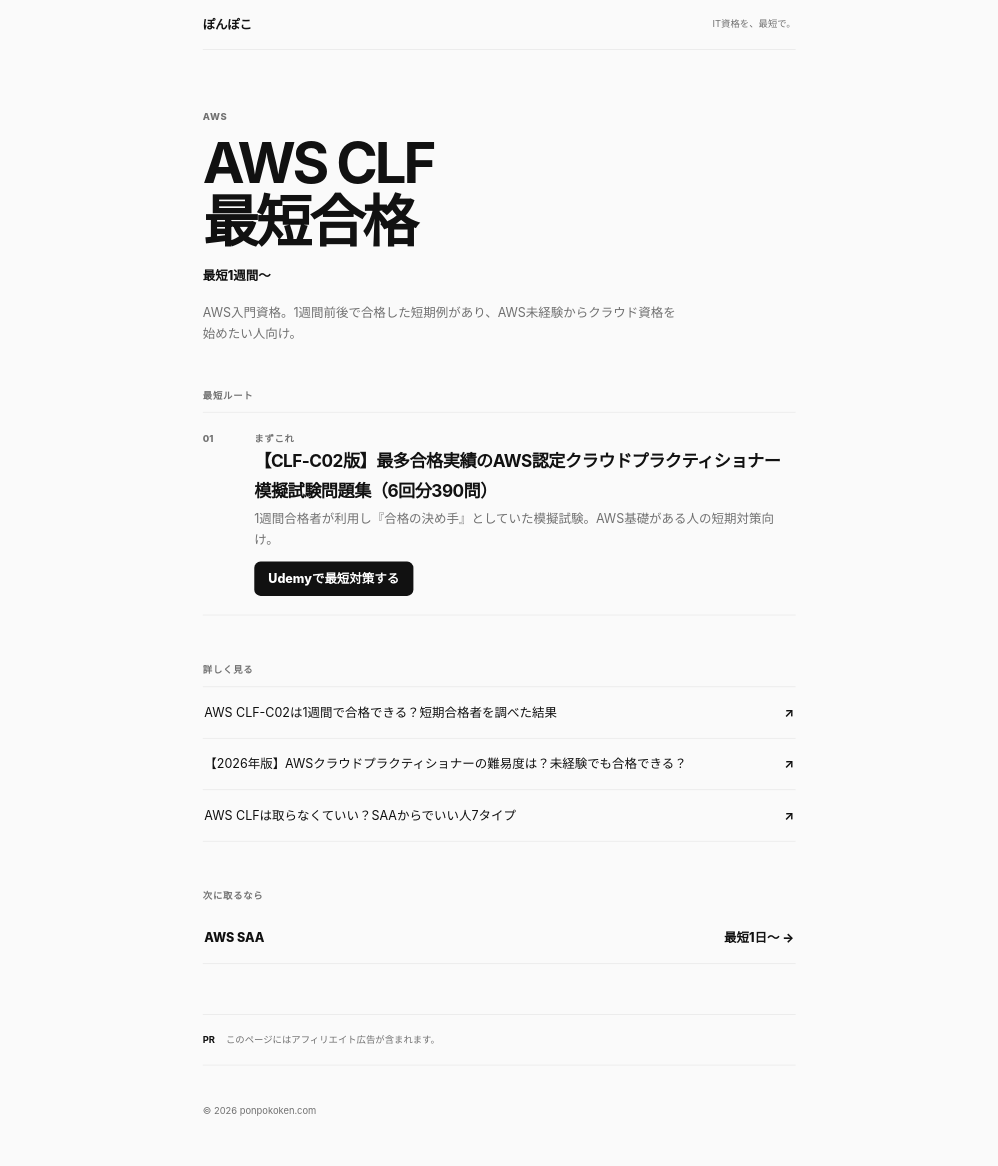
Repository: YUI012/ponpokoken
Page: /aws-clf
These files come from the project's save history. The page is drawn as it stood at one moment and after the next save; the edit follows.
The browser window is 1280 px wide. The pictures show the whole page, at 78% of full size.
The project was rebuilt for these pictures with package versions that can differ from the ones it lists, and the page was loaded fresh each time. The framework's server and built-in components were replaced by stand-ins that run in the browser. Also part of the build but not shown: components/CareerAd.js.

Above is the page before, as saved 2026-09-03 23:06:29.

### app/layout.js
import "./globals.css";

export const metadata = {
  title: "ぽんぽこ｜IT資格を最短で",
  description: "IT資格ごとの最短合格ルート、教材、問題演習、検証記事をまとめた資格ナビ"
};

export default function RootLayout({ children }) {
  return (
    <html lang="ja">
      <body>{children}</body>
    </html>
  );
}

### app/[slug]/page.js
import { notFound } from "next/navigation";
import Header from "../../components/Header";
import ProductButton from "../../components/ProductButton";
import CareerAd from "../../components/CareerAd";
import { certBySlug, certifications } from "../../data/certifications";
import { products } from "../../data/products";
import { articles } from "../../data/articles";

export function generateStaticParams() {
  return certifications.filter((cert) => cert.enabled).map((cert) => ({ slug: cert.slug }));
}

export default async function CertificationPage({ params }) {
  const { slug } = await params;
  const cert = certBySlug[slug];
  if (!cert || !cert.enabled) return notFound();

  return (
    <main>
      <Header />
      <section className="hero compact shell">
        <p className="overline">{cert.category}</p>
        <h1>{cert.name}<br />最短合格</h1>
        <p className="shortest">{cert.shortest}</p>
        <p className="heroText">{cert.summary}</p>
      </section>

      <section className="shell routeSection">
        <p className="sectionTitle">最短ルート</p>
        <div className="steps">
          {cert.steps.length === 0 && (
            <div className="empty">教材・詳細を追加するだけで、このページに自動表示されます。</div>
          )}
          {cert.steps.map((step, index) => {
            if (step.type === "product") {
              const product = products[step.productId];
              return (
                <article className="step" key={`${step.productId}-${index}`}>
                  <span className="stepNo">{String(index + 1).padStart(2, "0")}</span>
                  <div>
                    <p className="label">{step.title}</p>
                    <h2>{product?.name}</h2>
                    <p>{product?.reason}</p>
                    <ProductButton product={product} />
                  </div>
                </article>
              );
            }

            return (
              <article className="step" key={`${step.name}-${index}`}>
                <span className="stepNo">{String(index + 1).padStart(2, "0")}</span>
                <div>
                  <p className="label">{step.title}</p>
                  <h2>{step.name}</h2>
                  <p>{step.description}</p>
                </div>
              </article>
            );
          })}
        </div>
      </section>

      {cert.articleIds.length > 0 && (
        <section className="shell detailSection">
          <p className="sectionTitle">詳しく見る</p>
          <div className="articleList">
            {cert.articleIds.map((id) => {
              const article = articles[id];
              if (!article) return null;
              return (
                <a href={article.url} className="articleRow" target="_blank" rel="noreferrer" key={id}>
                  <span>{article.title}</span><b>↗</b>
                </a>
              );
            })}
          </div>
        </section>
      )}

      {cert.nextCerts.length > 0 && (
        <section className="shell nextSection">
          <p className="sectionTitle">次に取るなら</p>
          {cert.nextCerts.map((nextSlug) => {
            const next = certBySlug[nextSlug];
            if (!next) return null;
            return (
              <a className="nextRow" href={`/${next.slug}`} key={next.slug}>
                <span>{next.name}</span><span>{next.shortest} →</span>
              </a>
            );
          })}
        </section>
      )}

      {cert.showCareerAd && <div className="shell"><CareerAd /></div>}

      <section className="shell disclosure">
        <strong>PR</strong>
        <p>このページにはアフィリエイト広告が含まれます。</p>
      </section>

      <footer className="footer shell">© 2026 ponpokoken.com</footer>
    </main>
  );
}

### app/globals.css
:root {
  --bg: #fafafa;
  --text: #111;
  --muted: #717171;
  --line: #e8e8e8;
  --surface: #fff;
}

* { box-sizing: border-box; }
html { scroll-behavior: smooth; }
body {
  margin: 0;
  background: var(--bg);
  color: var(--text);
  font-family: -apple-system, BlinkMacSystemFont, "Segoe UI", "Noto Sans JP", sans-serif;
  line-height: 1.7;
}
a { color: inherit; text-decoration: none; }
.shell { width: min(760px, calc(100% - 28px)); margin: 0 auto; }
.header {
  width: min(760px, calc(100% - 28px));
  margin: 0 auto;
  display: flex;
  justify-content: space-between;
  align-items: center;
  padding: 18px 0;
  border-bottom: 1px solid var(--line);
}
.brand { font-weight: 800; letter-spacing: -0.02em; }
.tagline { color: var(--muted); font-size: 12px; }
.hero { padding: 76px 0 42px; }
.hero.compact { padding-bottom: 26px; }
.overline, .label, .sectionTitle {
  margin: 0 0 10px;
  font-size: 12px;
  font-weight: 800;
  letter-spacing: .08em;
  color: var(--muted);
}
h1 {
  margin: 0;
  font-size: clamp(44px, 10vw, 72px);
  line-height: 1.05;
  letter-spacing: -0.055em;
}
h2 { margin: 0 0 4px; font-size: 22px; letter-spacing: -0.03em; }
p { margin-top: 0; }
.heroText { max-width: 620px; margin: 20px 0 0; color: var(--muted); }
.shortest { display: inline-block; margin: 18px 0 0; font-weight: 800; }
.back { display: inline-block; margin-bottom: 28px; color: var(--muted); font-size: 13px; }
.listSection, .routeSection, .detailSection, .nextSection { padding: 30px 0; }
.certList { border-top: 1px solid var(--line); }
.certRow, .articleRow, .nextRow {
  display: flex;
  justify-content: space-between;
  align-items: center;
  gap: 20px;
  padding: 19px 2px;
  border-bottom: 1px solid var(--line);
  background: transparent;
}
.certRow strong { display: block; font-size: 20px; }
.certRow div > span { display: block; font-size: 12px; color: var(--muted); }
.rightMeta { display: flex; align-items: center; gap: 18px; text-align: right; }
.rightMeta span { color: var(--text) !important; font-size: 13px !important; font-weight: 700; }
.noteBlock, .careerAd, .disclosure {
  margin-top: 34px;
  padding: 22px 0;
  border-top: 1px solid var(--line);
  border-bottom: 1px solid var(--line);
}
.noteBlock p:last-child, .disclosure p { color: var(--muted); margin-bottom: 0; }
.steps { border-top: 1px solid var(--line); }
.step {
  display: grid;
  grid-template-columns: 48px 1fr;
  gap: 18px;
  padding: 24px 0;
  border-bottom: 1px solid var(--line);
}
.stepNo { font-size: 12px; font-weight: 800; color: var(--muted); }
.step p { color: var(--muted); margin-bottom: 0; }
.buyButton {
  display: inline-flex;
  margin-top: 14px;
  min-height: 44px;
  align-items: center;
  justify-content: center;
  padding: 0 18px;
  background: #111;
  color: #fff;
  border-radius: 8px;
  font-weight: 800;
}
.articleList { border-top: 1px solid var(--line); }
.articleRow span { max-width: 90%; }
.nextRow { font-weight: 800; }
.adSlot {
  display: grid;
  gap: 4px;
  margin-top: 14px;
  min-height: 96px;
  place-content: center;
  text-align: center;
  border: 1px dashed #bbb;
  color: var(--muted);
  padding: 18px;
}
.adSlot strong { color: var(--text); }
.empty { padding: 24px 0; color: var(--muted); border-bottom: 1px solid var(--line); }
.disclosure { display: flex; gap: 14px; font-size: 12px; }
.disclosure strong { flex: 0 0 auto; }
.footer { padding: 48px 0 60px; color: var(--muted); font-size: 12px; }

@media (max-width: 640px) {
  .header { padding: 15px 0; }
  .hero { padding: 52px 0 28px; }
  h1 { font-size: 48px; }
  .tagline { display: none; }
  .certRow { align-items: flex-start; }
  .rightMeta { gap: 10px; }
  .step { grid-template-columns: 34px 1fr; gap: 10px; }
  .buyButton { width: 100%; }
}

### components/Header.js
export default function Header() {
  return (
    <header className="header">
      <a className="brand" href="/">ぽんぽこ</a>
      <span className="tagline">IT資格を、最短で。</span>
    </header>
  );
}

### components/ProductButton.js
export default function ProductButton({ product }) {
  if (!product) return null;
  return (
    <a className="buyButton" href={product.url} rel="sponsored nofollow">
      {product.label}
    </a>
  );
}

### data/certifications.js
export const certifications = [
  {
    slug: "lpic",
    name: "LPIC-1",
    category: "Linux",
    shortest: "最短2週間〜",

    summary:
      "LPIC-1は101・102の2試験。短期合格例では約2週間で両方取得したケースがあります。",

    steps: [
      {
        type: "product",
        productId: "lpic101-udemy",
        title: "まず101"
      },
    ],

    articleIds: [
      "lpic-2weeks",
      "lpic-vs-ccna",
      "lpic-vs-saa"
    ],

    nextCerts: ["ccna", "aws-saa"],

    showCareerAd: true,
    enabled: true
  },

  {
    slug: "ccna",
    name: "CCNA",
    category: "Network",
    shortest: "最短10日〜",

    summary:
      "CCNAは10日で合格した短期例あり。基礎を一気に学び、問題演習とシミュレーション対策で仕上げる。",

    steps: [
      {
        type: "product",
        productId: "ccna-udemy",
        title: "まずこれ"
      }
    ],

    articleIds: [
      "ccna-10days",
      "ccna-udemy",
      "ccna-simulation"
    ],

    nextCerts: ["aws-saa"],

    showCareerAd: true,
    enabled: true
  },

  {
    slug: "aws-clf",
    name: "AWS CLF",
    category: "AWS",
    shortest: "最短1週間〜",

    summary:
      "AWS入門資格。1週間前後で合格した短期例があり、AWS未経験からクラウド資格を始めたい人向け。",

    steps: [
      {
        type: "product",
        productId: "clf-udemy",
        title: "まずこれ"
      }
    ],

    articleIds: [
      "aws-clf-1week",
      "aws-clf-difficulty",
      "aws-clf-skip"
    ],

    nextCerts: ["aws-saa"],

    showCareerAd: false,
    enabled: true
  },

  {
    slug: "aws-saa",
    name: "AWS SAA",
    category: "AWS",
    shortest: "最短1日〜",

    summary:
      "AWS経験者では1日から数日で合格した短期例あり。基礎理解後は模擬試験を中心に仕上げる。",

    steps: [
      {
        type: "product",
        productId: "saa-udemy",
        title: "まずこれ"
      }
    ],

    articleIds: [
      "aws-saa-1day",
      "aws-saa-udemy",
      "aws-saa-mock-score"
    ],

    nextCerts: ["aws-ai"],

    showCareerAd: true,
    enabled: true
  },

  {
    slug: "aws-ai",
    name: "AWS AI Practitioner",
    category: "AWS / AI",
    shortest: "最短10時間〜",

    summary:
      "AWSのAI入門資格。短期合格例では10時間前後。Udemyと模擬試験を使って効率よく仕上げる。",

    steps: [
      {
        type: "product",
        productId: "aws-ai-udemy",
        title: "まずこれ"
      }
    ],

    articleIds: [
      "aws-ai-10hours",
      "aws-ai-udemy-shortest",
      "aws-ai-mock-score"
    ],

    nextCerts: ["aws-saa"],

    showCareerAd: false,
    enabled: true
  },

  {
    slug: "ai-900",
    name: "AI-900",
    category: "Azure / AI",
    shortest: "最短10時間〜",

    summary:
      "MicrosoftのAI入門資格。AI・機械学習の基礎を短時間で理解して資格取得したい人向け。",

    steps: [
      {
        type: "product",
        productId: "ai900-udemy",
        title: "まずこれ"
      }
    ],

    articleIds: [
      "ai900-10hours",
      "ai900-related-az900",
      "ai900-related-sc900"
    ],

    nextCerts: ["az-900", "sc-900"],

    showCareerAd: false,
    enabled: true
  },

  {
    slug: "az-900",
    name: "AZ-900",
    category: "Azure",
    shortest: "最短3時間〜",

    summary:
      "Azure入門資格。IT・クラウド経験者では3時間まで圧縮した短期合格例があります。",

    steps: [
      {
        type: "product",
        productId: "az900-udemy",
        title: "まずこれ"
      }
    ],

    articleIds: [
      "az900-3hours",
      "az900-udemy",
      "az900-related-sc900"
    ],

    nextCerts: ["ai-900", "sc-900"],

    showCareerAd: false,
    enabled: true
  },

  {
    slug: "sc-900",
    name: "SC-900",
    category: "Security",
    shortest: "最短3時間〜",

    summary:
      "Microsoftのセキュリティ入門資格。基礎知識がある人なら短時間での取得も狙いやすい。",

    steps: [
      {
        type: "product",
        productId: "sc900-udemy",
        title: "まずこれ"
      }
    ],

    articleIds: [
      "sc900-3hours",
      "sc900-related-az900",
      "sc900-related-ai900"
    ],

    nextCerts: ["az-900"],

    showCareerAd: false,
    enabled: true
  },

  {
    slug: "generative-ai-passport",
    name: "生成AIパスポート",
    category: "AI",
    shortest: "最短20時間〜",

    summary:
      "生成AIの基礎・活用・リスクを学ぶ入門資格。20時間前後で合格した短期例を参考に進める。",

    steps: [
      {
        type: "product",
        productId: "generative-ai-passport-udemy",
        title: "まずこれ"
      }
    ],

    articleIds: [
      "generative-ai-passport-20hours",
      "generative-ai-passport-udemy",
      "generative-ai-passport-chatgpt"
    ],

    nextCerts: ["aws-ai", "ai-900"],

    showCareerAd: false,
    enabled: true
  },

  {
    slug: "linuc-level1",
    name: "LinuC Level1",
    category: "Linux",
    shortest: "最短1〜2週間〜",

    summary:
      "LinuC Level1は101・102の2試験。1つの教材で両試験をまとめて進めたい人向け。",

    steps: [
      {
        type: "product",
        productId: "linuc-udemy",
        title: "101・102をまとめて"
      }
    ],

    articleIds: [
      "linuc-udemy",
      "lpic-vs-linuc",
      "lpic-2weeks"
    ],

    nextCerts: ["lpic", "aws-saa"],

    showCareerAd: false,
    enabled: true
  }
];

export const certBySlug = Object.fromEntries(
  certifications.map((cert) => [cert.slug, cert])
);

### data/products.js
export const products = {
  "lpic-udemy": {
    name: "【LPIC1】Level1 (101-500/102-500)模擬試験問題集",
    type: "udemy",
    url: "https://trk.udemy.com/qWObx5",
    label: "Udemyで最短対策する",
    reason:
      "101・102を1本で対策できる模擬試験。短期間でLPIC-1を仕上げたい人向け。"
  },

  "ccna-udemy": {
    name: "【超絶入門】CCNA対策 Packet Tracerで学ぶ ハンズオン講座",
    type: "udemy",
    url: "https://trk.udemy.com/9VrKyy",
    label: "Udemyで最短対策する",
    reason:
      "短期合格者にもPacket Tracer講座の利用例あり。約4時間でコマンド操作を重点的に対策できる。"
  },

  "saa-udemy": {
    name: "【SAA-C03版】AWS認定ソリューションアーキテクト アソシエイト模擬試験問題集（6回分390問）",
    type: "udemy",
    url: "https://trk.udemy.com/MKENqP",
    label: "Udemyで最短対策する",
    reason:
      "1日半・5日の短期合格例で使われていた模擬試験。AWS基礎がある人の短期仕上げ向け。"
  },

  "az900-udemy": {
    name: "【2026年版】AZ-900 Microsoft Azure Fundamentals模擬試験問題集（6回分420問）",
    type: "udemy",
    url: "https://trk.udemy.com/vDmZqj",
    label: "Udemyで最短対策する",
    reason:
      "短期合格者でUdemy模試の利用例あり。インプットより問題演習を中心に進めたい人向け。"
  },

  "linuc-udemy": {
    name: "【ウズカレ式】『LinuC最短合格講義』の著者直伝！1週間でLPIC・LinuC（101+102）の全てを学べる講座",
    type: "udemy",
    url: "https://trk.udemy.com/6kzgJQ",
    label: "Udemyで最短対策する",
    reason:
      "101・102を約19時間の1講座に集約。LinuC Level1を1本で進めたい人向け。"
  },

  "clf-udemy": {
    name: "【CLF-C02版】最多合格実績のAWS認定クラウドプラクティショナー模擬試験問題集（6回分390問）",
    type: "udemy",
    url: "https://trk.udemy.com/MKW6ro",
    label: "Udemyで最短対策する",
    reason:
      "1週間合格者が利用し『合格の決め手』としていた模擬試験。AWS基礎がある人の短期対策向け。"
  }
};

### data/articles.js
export const articles = {
  // =========================
  // LPIC-1
  // =========================

  "lpic-2weeks": {
    title: "LPIC-1は2週間で取れる？短期合格者を調べた結果",
    url: "https://note.com/ponpoko_0803/n/n7b63485649b3"
  },

  "lpic-vs-ccna": {
    title: "CCNAとLPIC、先に取るならどっち？",
    url: "https://note.com/ponpoko_0803/n/n27e16822d8a9"
  },

  "lpic-vs-saa": {
    title: "LPICとAWS SAA、先に取るならどっち？",
    url: "https://note.com/ponpoko_0803/n/n2836d429eb46"
  },


  // =========================
  // CCNA
  // =========================

  "ccna-10days": {
    title: "CCNAは10日で合格できる？短期合格者を調べた結果",
    url: "https://note.com/ponpoko_0803/n/nf6448d3149d5"
  },

  "ccna-udemy": {
    title: "【2026年版】CCNA対策におすすめのUdemy講座3選｜料金・問題数・動画時間を比較",
    url: "https://note.com/ponpoko_0803/n/n199789af17e7"
  },

  "ccna-simulation": {
    title: "【2026年版】CCNAのシミュレーション問題を捨てても合格できる？",
    url: "https://note.com/ponpoko_0803/n/n8e91f43faf17"
  },


  // =========================
  // AWS CLF
  // =========================

  "aws-clf-1week": {
    title: "AWS CLF-C02は1週間で合格できる？短期合格者を調べた結果",
    url: "https://note.com/ponpoko_0803/n/n22025aeda527"
  },

  "aws-clf-difficulty": {
    title: "【2026年版】AWSクラウドプラクティショナーの難易度は？未経験でも合格できる？",
    url: "https://note.com/ponpoko_0803/n/n95eb8a68a307"
  },

  "aws-clf-skip": {
    title: "AWS CLFは取らなくていい？SAAからでいい人7タイプ",
    url: "https://note.com/ponpoko_0803/n/n76fcba903eb3"
  },


  // =========================
  // AWS SAA
  // =========================

  "aws-saa-1day": {
    title: "AWS SAAは1日で合格できる？短期合格者を調べた結果",
    url: "https://note.com/ponpoko_0803/n/nd41e8ce4ddc5"
  },

  "aws-saa-udemy": {
    title: "【2026年版】AWS SAA対策におすすめのUdemy講座5選",
    url: "https://note.com/ponpoko_0803/n/ncc4f3250a71d"
  },

  "aws-saa-mock-score": {
    title: "AWS SAA、模試何点なら受験していい？落ちたら追加2万円",
    url: "https://note.com/ponpoko_0803/n/n49f0f00a178f"
  },


  // =========================
  // AWS AI Practitioner
  // =========================

  "aws-ai-10hours": {
    title: "AWS AI Practitionerは10時間で合格できる？短期合格者を調べた結果",
    url: "https://note.com/ponpoko_0803/n/n39cc167c5ef6"
  },

  "aws-ai-mock-score": {
    title: "【2026年版】AWS AI PractitionerのUdemy模試は何％取れば受けていい？",
    url: "https://note.com/ponpoko_0803/n/n286d9dbbfb7d"
  },

  "aws-ai-udemy-shortest": {
    title: "【2026年版】AWS AI PractitionerはUdemy中心で短期合格できる？3人を比較",
    url: "https://note.com/ponpoko_0803/n/n33e958673949"
  },


  // =========================
  // AI-900
  // =========================

  "ai900-10hours": {
    title: "AI-900は10時間で合格できる？短期合格者を調べた結果",
    url: "https://note.com/ponpoko_0803/n/nf00a96454e0d"
  },

  "ai900-related-az900": {
    title: "AZ-900は3時間で合格できる？短期合格者を調べた結果",
    url: "https://note.com/ponpoko_0803/n/n81fdfb0d57b7"
  },

  "ai900-related-sc900": {
    title: "SC-900は3時間で合格できる？短期合格者を調べた結果",
    url: "https://note.com/ponpoko_0803/n/nd913909be874"
  },


  // =========================
  // AZ-900
  // =========================

  "az900-3hours": {
    title: "AZ-900は3時間で合格できる？短期合格者を調べた結果",
    url: "https://note.com/ponpoko_0803/n/n81fdfb0d57b7"
  },

  "az900-udemy": {
    title: "【2026年版】AZ-900対策におすすめのUdemy講座5選｜Microsoft Azure Fundamentals",
    url: "https://note.com/ponpoko_0803/n/nb52e39f139da"
  },

  "az900-related-sc900": {
    title: "SC-900は3時間で合格できる？短期合格者を調べた結果",
    url: "https://note.com/ponpoko_0803/n/nd913909be874"
  },


  // =========================
  // SC-900
  // =========================

  "sc900-3hours": {
    title: "SC-900は3時間で合格できる？短期合格者を調べた結果",
    url: "https://note.com/ponpoko_0803/n/nd913909be874"
  },

  "sc900-related-az900": {
    title: "AZ-900は3時間で合格できる？短期合格者を調べた結果",
    url: "https://note.com/ponpoko_0803/n/n81fdfb0d57b7"
  },

  "sc900-related-ai900": {
    title: "AI-900は10時間で合格できる？短期合格者を調べた結果",
    url: "https://note.com/ponpoko_0803/n/nf00a96454e0d"
  },


  // =========================
  // 生成AIパスポート
  // =========================

  "generative-ai-passport-20hours": {
    title: "【2026年版】生成AIパスポートは20時間前後で合格できる？短期合格者を比較",
    url: "https://note.com/ponpoko_0803/n/nf470c2200966"
  },

  "generative-ai-passport-udemy": {
    title: "【2026年版】生成AIパスポートのUdemy420問は初回60％でも間に合う？",
    url: "https://note.com/ponpoko_0803/n/n89b1a159dc9c"
  },

  "generative-ai-passport-chatgpt": {
    title: "【2026年版】ChatGPTやGeminiだけで生成AIパスポート対策するのは危険？",
    url: "https://note.com/ponpoko_0803/n/nc8fe80371765"
  }
};

After the next save:
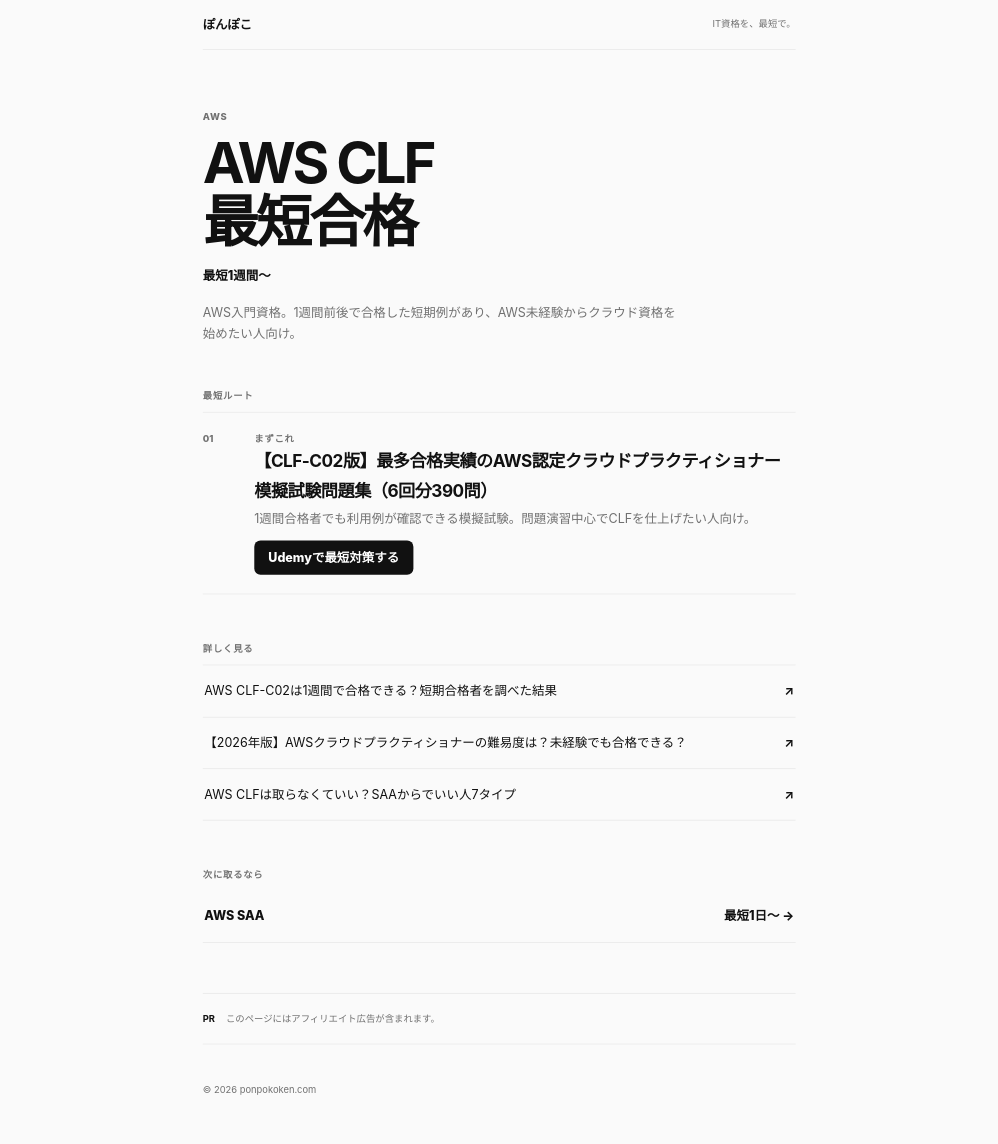
Saved 13 min 55 s later.
--- a/data/products.js
+++ b/data/products.js
@@ -14,7 +14,16 @@
     url: "https://trk.udemy.com/9VrKyy",
     label: "Udemyで最短対策する",
     reason:
-      "短期合格者にもPacket Tracer講座の利用例あり。約4時間でコマンド操作を重点的に対策できる。"
+      "短期合格者でもPacket Tracerを使った学習例あり。コマンド操作を重点的に対策したい人向け。"
+  },
+
+  "clf-udemy": {
+    name: "【CLF-C02版】最多合格実績のAWS認定クラウドプラクティショナー模擬試験問題集（6回分390問）",
+    type: "udemy",
+    url: "https://trk.udemy.com/MKW6ro",
+    label: "Udemyで最短対策する",
+    reason:
+      "1週間合格者でも利用例が確認できる模擬試験。問題演習中心でCLFを仕上げたい人向け。"
   },
 
   "saa-udemy": {
@@ -23,7 +32,25 @@
     url: "https://trk.udemy.com/MKENqP",
     label: "Udemyで最短対策する",
     reason:
-      "1日半・5日の短期合格例で使われていた模擬試験。AWS基礎がある人の短期仕上げ向け。"
+      "1日〜5日の短期合格例で利用が確認できる模擬試験。AWS基礎がある人の短期仕上げ向け。"
+  },
+
+  "aws-ai-udemy": {
+    name: "【最新】AWS認定AIプラクティショナー試験突破講座＋模擬試験130問（2回分）付き！",
+    type: "udemy",
+    url: "https://trk.udemy.com/3kMBmA",
+    label: "Udemyで最短対策する",
+    reason:
+      "AIF-C01の全体像を短時間でつかみ、早い段階で模擬試験へ移りたい人向け。"
+  },
+
+  "ai900-udemy": {
+    name: "AI-901：Microsoft Azure AI Fundamentals 模擬問題集",
+    type: "udemy",
+    url: "https://trk.udemy.com/gRQdnv",
+    label: "Udemyで最短対策する",
+    reason:
+      "旧AI-900短期合格者でもUdemy模試の利用例あり。現在のAI-901範囲を問題演習で確認する。"
   },
 
   "az900-udemy": {
@@ -32,7 +59,25 @@
     url: "https://trk.udemy.com/vDmZqj",
     label: "Udemyで最短対策する",
     reason:
-      "短期合格者でUdemy模試の利用例あり。インプットより問題演習を中心に進めたい人向け。"
+      "短期合格者でもUdemy模試の利用例あり。問題演習中心でAZ-900を仕上げたい人向け。"
+  },
+
+  "sc900-udemy": {
+    name: "SC-900: Microsoft セキュリティ、コンプライアンス、ID の基礎 模擬問題集",
+    type: "udemy",
+    url: "https://trk.udemy.com/QYx1Q9",
+    label: "Udemyで最短対策する",
+    reason:
+      "5時間・10時間の短期合格例でもUdemy模試を利用。Microsoft資格経験者の短期仕上げ向け。"
+  },
+
+  "generative-ai-passport-udemy": {
+    name: "■最新■生成AIパスポート試験対策演習420問【2026年シラバス対応】",
+    type: "udemy",
+    url: "https://trk.udemy.com/bkg6qm",
+    label: "Udemyで最短対策する",
+    reason:
+      "420問を使って弱点を洗い出し、誤答だけを繰り返して短期間で仕上げたい人向け。"
   },
 
   "linuc-udemy": {
@@ -41,15 +86,6 @@
     url: "https://trk.udemy.com/6kzgJQ",
     label: "Udemyで最短対策する",
     reason:
-      "101・102を約19時間の1講座に集約。LinuC Level1を1本で進めたい人向け。"
-  },
-
-  "clf-udemy": {
-    name: "【CLF-C02版】最多合格実績のAWS認定クラウドプラクティショナー模擬試験問題集（6回分390問）",
-    type: "udemy",
-    url: "https://trk.udemy.com/MKW6ro",
-    label: "Udemyで最短対策する",
-    reason:
-      "1週間合格者が利用し『合格の決め手』としていた模擬試験。AWS基礎がある人の短期対策向け。"
+      "101・102を1講座にまとめて学習。LinuC Level1を1本で進めたい人向け。"
   }
 };
